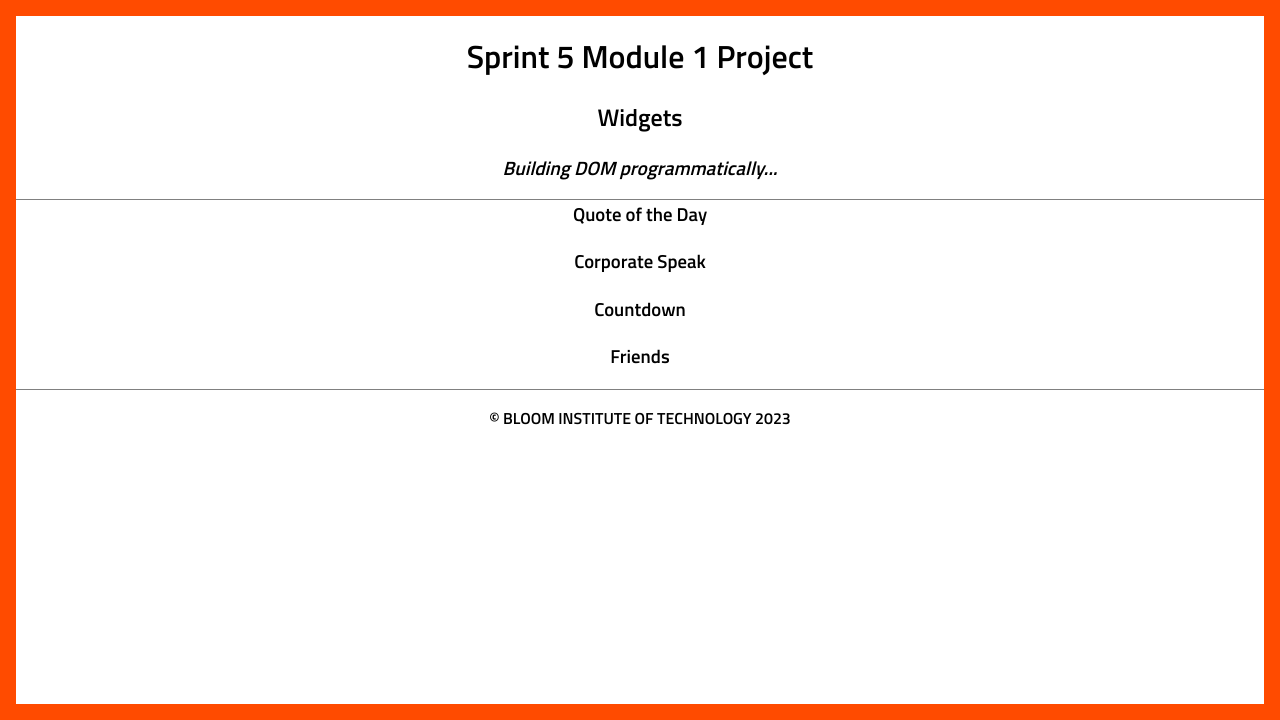
Repository: bloominstituteoftechnology/module-project-the-dom-yoshimario
Page: frontend/index.html
These files come from the project's save history. The page is drawn as it stood at one moment and after the next save; the edit follows.
The browser window is 1280 px wide. The pictures show the whole page.
An inner scrolling area shows only its first screen.

Above is the page before, as saved 2023-10-14 11:58:35.

### frontend/index.html
<!--
❗ DO NOT CHANGE THIS FILE
❗ DO NOT CHANGE THIS FILE
❗ DO NOT CHANGE THIS FILE
-->
<!DOCTYPE html>
<html lang="en">

<head>
  <meta charset="UTF-8">
  <title>Sprint 5 Module 1 Project</title>
  <link rel="stylesheet" href="reset.css">
  <link rel="stylesheet" href="styles.css">
  <script defer src="data.js"></script>
  <script defer src="index.js"></script>
</head>

<body>
  <header>
    <h1>Sprint 5 Module 1 Project</h1>
    <h2>Widgets</h2>
    <p class="info">Building DOM programmatically...</p>
  </header>
  <section>
    <div class="quoteoftheday">
      <h3>Quote of the Day</h3>
    </div>
    <div class="corporatespeak">
      <h3>Corporate Speak</h3>
    </div>
    <div class="countdown">
      <h3>Countdown</h3>
    </div>
    <div class="friends">
      <h3>Friends</h3>
    </div>
  </section>
  <footer></footer>
</body>

</html>

### frontend/reset.css
/* ❗ DO NOT CHANGE THIS FILE */
/* ❗ DO NOT CHANGE THIS FILE */
/* ❗ DO NOT CHANGE THIS FILE */

/* RESET BY https://www.joshwcomeau.com/css/custom-css-reset */
*,
*::before,
*::after {
  box-sizing: border-box;
}

* {
  margin: 0;
}

html,
body {
  height: 100%;
}

body {
  line-height: 1.5;
  -webkit-font-smoothing: antialiased;
}

img,
picture,
video,
canvas,
svg {
  display: block;
  max-width: 100%;
}

input,
button,
textarea,
select {
  font: inherit;
}

p,
h1,
h2,
h3,
h4,
h5,
h6 {
  overflow-wrap: break-word;
}

#root,
#__next {
  isolation: isolate;
}

### frontend/styles.css
/* ❗ DO NOT CHANGE THIS FILE */
/* ❗ DO NOT CHANGE THIS FILE */
/* ❗ DO NOT CHANGE THIS FILE */

@font-face {
  font-family: 'Titillium Web';
  src: url('./TitilliumWeb.ttf');
}

body {
  font-family: 'Titillium Web', sans-serif;
  border: 1rem solid #ff4b00;
}

body,
section {
  display: flex;
  flex-direction: column;
  align-items: center;
}

h1,
h2,
h3 {
  margin-bottom: 1.2rem;
}

header {
  padding: 1rem;
  text-align: center;
}

header .info {
  font-size: 1.2rem;
  font-style: italic;
}

section {
  width: 100%;
  overflow-y: auto;
  border-top: 1px solid grey;
  border-bottom: 1px solid grey;
}

.widget {
  width: 400px;
  padding: 1.2rem;
  margin: 0.8rem;
  border: 1px solid rgb(93, 93, 93);
  border-radius: 5px;
  background-color: rgba(233, 223, 230, 0.75);
  background-color: white;
  display: flex;
  flex-direction: column;
  align-items: center;
  color: black;
}

.widget:focus {
  box-shadow: rgba(100, 100, 111, 0.2) 0px 7px 29px 0px;
  opacity: 1;
}

.widget h3 {
  line-height: 1.8;
  font-size: 1.3em;
  color: rgb(133, 133, 133);
  border-bottom: 1px solid grey;
  margin-bottom: 1rem;
  transition: font-size 0.1s ease-in-out;
}

.widget.quoteoftheday div:nth-of-type(2) {
  align-self: flex-end;
  font-style: italic;
  margin-top: 1rem;
}

.widget:focus h3 {
  transition: font-size 0.1s ease-in-out;
  font-size: 1.5em;
  color: #ff4b00;
}

.widget:last-child {
  margin-bottom: 2.5rem;
}

.widget:first-child {
  margin-top: 2.5rem;
}

footer {
  padding: 1rem;
}

### frontend/data.js
/* ❗ DO NOT CHANGE THIS FILE */
/* ❗ DO NOT CHANGE THIS FILE */
/* ❗ DO NOT CHANGE THIS FILE */

const quotes = [
  {
    id: 23,
    quote: "Any sufficiently advanced technology is indistinguishable from magic.",
    author: "Arthur C. Clarke",
    date: "1973"
  },
  {
    id: 42,
    quote: "The best way to predict the future is to invent it.",
    author: "Alan Kay",
    date: "1971"
  },
  {
    id: 10,
    quote: "It's not at all important to get it right the first time. It's vitally important to get it right the last time.",
    author: "Andrew Hunt and David Thomas",
    date: "1999"
  },
  {
    id: 88,
    quote: "I'm not a great programmer; I'm just a good programmer with great habits.",
    author: "Kent Beck",
    date: "2004"
  },
  {
    id: 55,
    quote: "The most damaging phrase in the language is: 'It's always been done that way.'",
    author: "Grace Hopper",
    date: "1978"
  },
  {
    id: 11,
    quote: "Optimism is an occupational hazard of programming: feedback is the treatment.",
    author: "Kent Beck",
    date: "2003"
  },
  {
    id: 77,
    quote: "The best thing about a boolean is even if you are wrong, you are only off by a bit.",
    author: "Anonymous",
    date: null
  },
  {
    id: 8,
    quote: "The most important single aspect of software development is to be clear about what you are trying to build.",
    author: "Bjarne Stroustrup",
    date: null
  },
  {
    id: 13,
    quote: "Programs must be written for people to read, and only incidentally for machines to execute.",
    author: "Harold Abelson and Gerald Jay Sussman",
    date: "1984"
  },
  {
    id: 66,
    quote: "You might not think that programmers are artists, but programming is an extremely creative profession. It's logic-based creativity.",
    author: "John Romero",
    date: null
  }
]

const adverbs = [
  "innovatively",
  "strategically",
  "synergistically",
  "dynamically",
  "holistically",
  "scalably",
  "proactively",
  "disruptively",
  "out-of-the-boxedly",
  "agilely"
]

const nouns = [
  "solutions",
  "paradigms",
  "platforms",
  "strategies",
  "initiatives",
  "synergies",
  "deliverables",
  "value propositions",
  "ecosystems",
  "mindshare"
]

const verbs = [
  "leverage",
  "optimize",
  "streamline",
  "innovate",
  "disrupt",
  "synergize",
  "transform",
  "empower",
  "monetize",
  "evolve"
]

const people = [
  {
    "id": 23,
    "fname": "Alex",
    "lname": "Lee",
    "dateOfBirth": "1985-10-13",
    "friends": [8, 11, 34]
  },
  {
    "id": 1,
    "fname": "Emily",
    "lname": "Nguyen",
    "dateOfBirth": "1992-04-02",
    "friends": []
  },
  {
    "id": 13,
    "fname": "Carlos",
    "lname": "Garcia",
    "dateOfBirth": "1978-07-23",
    "friends": [1, 2, 14]
  },
  {
    "id": 34,
    "fname": "Ashley",
    "lname": "Kim",
    "dateOfBirth": "1991-11-06",
    "friends": [23, 11, 80]
  },
  {
    "id": 2,
    "fname": "Mohammed",
    "lname": "Ali",
    "dateOfBirth": "1989-02-28",
    "friends": [5, 6, 13, 14]
  },
  {
    "id": 11,
    "fname": "Sarah",
    "lname": "Johnson",
    "dateOfBirth": "1986-09-03",
    "friends": [1, 23, 34]
  },
  {
    "id": 8,
    "fname": "Jason",
    "lname": "Wong",
    "dateOfBirth": "1983-12-25",
    "friends": [23, 14]
  },
  {
    "id": 80,
    "fname": "Samantha",
    "lname": "Singh",
    "dateOfBirth": "1980-06-16",
    "friends": [34, 99]
  },
  {
    "id": 14,
    "fname": "Michael",
    "lname": "Chen",
    "dateOfBirth": "1995-01-18",
    "friends": [13, 2, 8]
  },
  {
    "id": 99,
    "fname": "Kimberly",
    "lname": "Ng",
    "dateOfBirth": "1987-08-09",
    "friends": [80]
  },
  {
    "id": 6,
    "fname": "Luis",
    "lname": "Gonzalez",
    "dateOfBirth": "1990-03-29",
    "friends": []
  },
  {
    "id": 5,
    "fname": "Jessica",
    "lname": "Taylor",
    "dateOfBirth": "1982-05-08",
    "friends": [2, 15]
  },
  {
    "id": 15,
    "fname": "William",
    "lname": "Brown",
    "dateOfBirth": "1997-12-17",
    "friends": [5, 7, 99]
  },
  {
    "id": 7,
    "fname": "Maria",
    "lname": "Rodriguez",
    "dateOfBirth": "1988-08-01",
    "friends": [6, 15]
  },
  {
    "id": 12,
    "fname": "Daniel",
    "lname": "Garcia",
    "dateOfBirth": "1981-06-22",
    "friends": []
  }
]

if (typeof module !== 'undefined' && module.exports)
  module.exports = { quotes, adverbs, nouns, verbs, people }

### frontend/index.js
function moduleProject1() {
  const footer = document.querySelector('footer')
  const currentYear = new Date().getFullYear()
  footer.textContent = `© BLOOM INSTITUTE OF TECHNOLOGY ${currentYear}`

  // 👇 WORK WORK BELOW THIS LINE 👇

  // 👉 TASK 1 - Add a "widget" class name to widgets so CSS kicks in
  //  ✨ add your code here
  const widgets = document.querySelectorAll('section>div')
  console.log(widgets)


  // 👉 TASK 2 - Build a "Quote of the Day" widget
  //  ✨ add your code here

  // 👉 TASK 3 - Build a "Corporate Speak" widget
  //  ✨ add your code here

  // 👉 TASK 4 - Build a "Countdown" widget
  //  ✨ add your code here

  // 👉 TASK 5 - Build a "Friends" widget
  //  ✨ add your code here

  // 👉 TASK 6 - Make it so user can tab through the widgets
  //  ✨ add your code here

  // 👆 WORK WORK ABOVE THIS LINE 👆
}

// ❗ DO NOT WORK BELOW THIS LINE
// ❗ DO NOT WORK BELOW THIS LINE
// ❗ DO NOT WORK BELOW THIS LINE
if (typeof module !== 'undefined' && module.exports) module.exports = { moduleProject1 }
else moduleProject1()

After the next save:
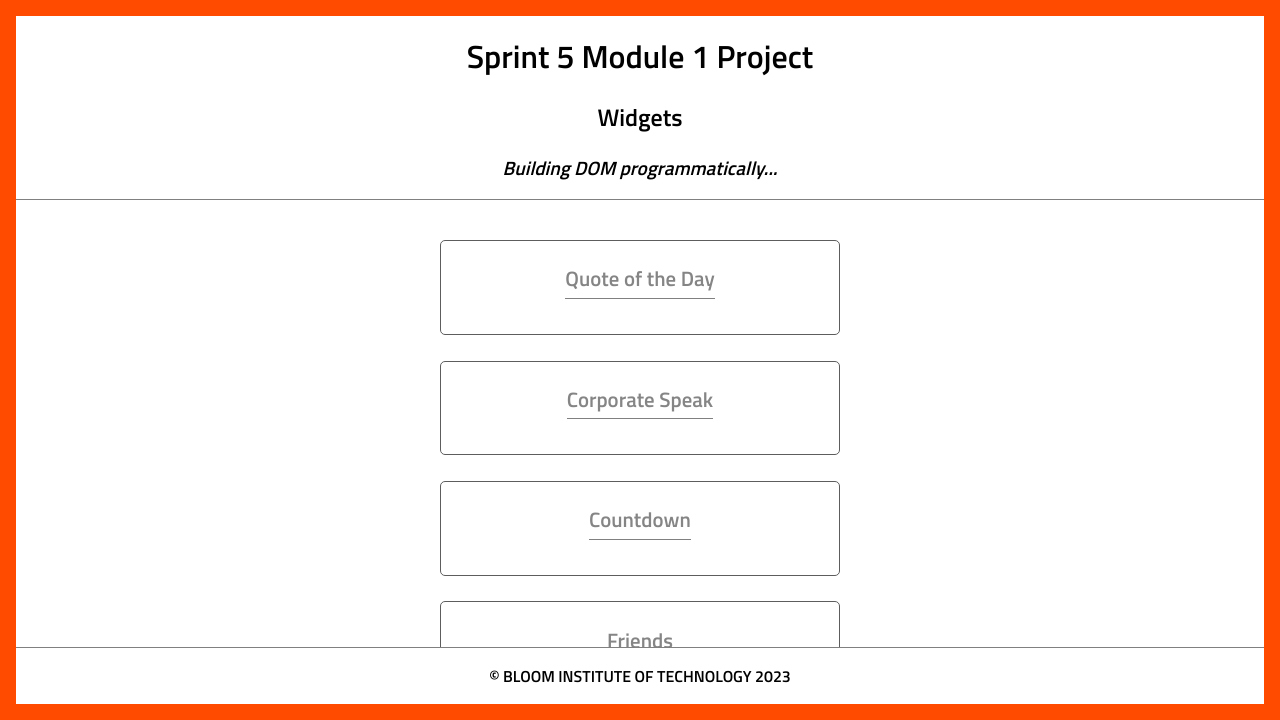
Saved 13 s later.
--- a/frontend/index.js
+++ b/frontend/index.js
@@ -9,7 +9,9 @@ function moduleProject1() {
   //  ✨ add your code here
   const widgets = document.querySelectorAll('section>div')
   console.log(widgets)
-
+  widgets.forEach((widget) => {
+    widget.classList.add('widget')
+  })
 
   // 👉 TASK 2 - Build a "Quote of the Day" widget
   //  ✨ add your code here
